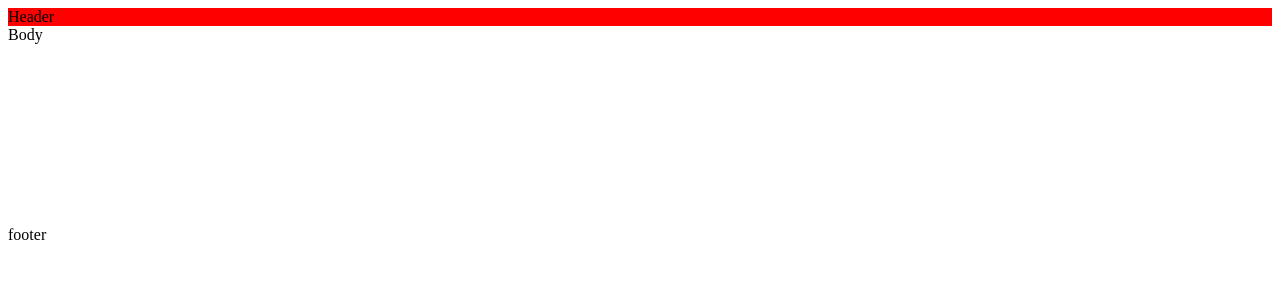
Repository: koukoukou2020/sumurai_HTML-CSS
Page: html001.html
The author's editor kept a record of every edit. The page is drawn from the files as they stood at one moment, then again after the next edit.
The browser window is 1280 px wide. The pictures show the whole page.

Above is the page before.

### html001.html
<html lang="ja">
    <head>
        <style>
            header {
                background-color: red;
            }

            foooter{
                background-color: blue;
            }

            .size {
                height: 200px;
            }
        </style>
    </head>
    <body>
        <header>
            Header
        </header>
        <div class="size">
            Body
        </div>
        <footer>
            footer
        </footer>
    </body>
</html>

After the next edit:
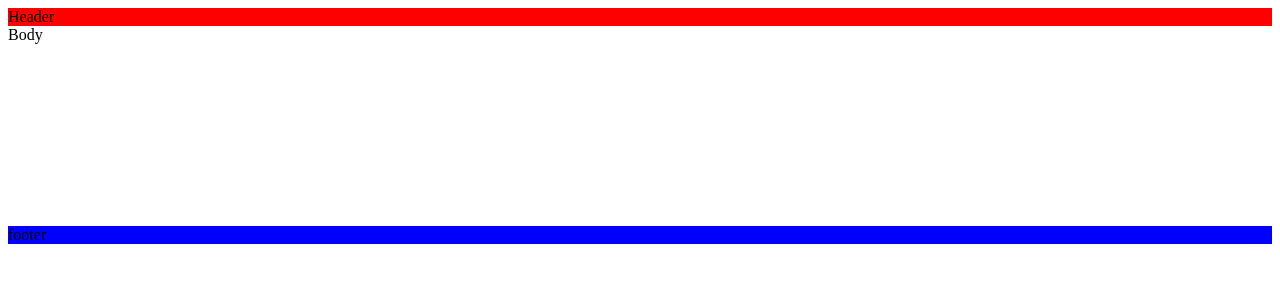
The edit:
--- a/html001.html
+++ b/html001.html
@@ -5,7 +5,7 @@
                 background-color: red;
             }
 
-            foooter{
+            footer{
                 background-color: blue;
             }
 
